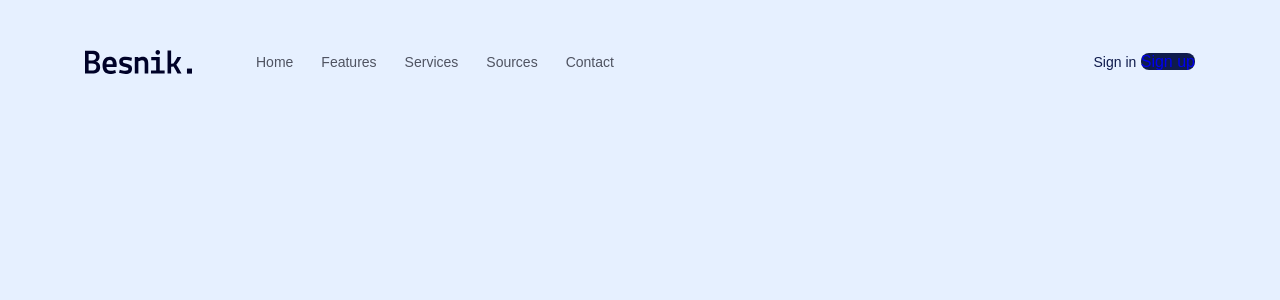
Repository: Daidoichihuy/project-01
Page: index.html
These files come from the project's save history. The page is drawn as it stood at one moment and after the next save; the edit follows.
The browser window is 1280 px wide. The pictures show the whole page.

Above is the page before, as saved 2024-04-28 10:33:45.

### index.html
<!DOCTYPE html>
<html lang="en">
  <head>
    <meta charset="UTF-8" />
    <meta name="viewport" content="width=device-width, initial-scale=1.0" />
    <title>Project_01</title>
    <link rel="stylesheet" href="./assets/css/reset.css" />
    <link rel="stylesheet" href="./assets/fonts/stylefont.css" />
    <link rel="stylesheet" href="./assets/css/style.css" />
  </head>
  <body>
    <main>
      <header class="header">
        <div class="content">
          <nav class="navbar">
            <!-- LOGO -->
            <img src="./assets/imgs/Logo.svg" alt="Besnik." />
            <!-- NAVIGATION -->
            <ul>
              <li><a href="#!">Home</a></li>
              <li><a href="#!">Features</a></li>
              <li><a href="#!">Services</a></li>
              <li><a href="#!">Sources</a></li>
              <li><a href="#!">Contact</a></li>
            </ul>
            <!-- ACTIVE -->
            <div class="action">
              <a href="#!" class="action-link">Sign in</a>
              <a href="#!" class="btn">Sign up</a>
            </div>
          </nav>
        </div>
      </header>
    </main>
  </body>
</html>

### assets/fonts/stylefont.css
@font-face {
  font-family: "DVN-Poppins";
  src: url("poppins/DVNPoppins-Regular.woff2") format("woff2"),
    url("poppins/DVNPoppins-Regular.woff") format("woff");
  font-weight: normal;
  font-style: normal;
  font-display: swap;
}

@font-face {
  font-family: "DVN-Poppins ExtBd";
  src: url("poppins/DVNPoppins-ExtraBold.woff2") format("woff2"),
    url("poppins/DVNPoppins-ExtraBold.woff") format("woff");
  font-weight: bold;
  font-style: normal;
  font-display: swap;
}

### assets/css/style.css
* {
  box-sizing: border-box;
}

html {
  font-size: 62.5%;
}

body {
  font-size: 1.6rem;
  font-family: "poppins", sans-serif;
}

/* COMMON */
.content {
  width: 1110px;
  margin-left: auto;
  margin-right: auto;
}

a {
  text-decoration: none;
}

.btn {
  min-width: 98px;
  border-radius: 8px;
  background: #0f1b4c;
}

/* HEADER*/
.header {
  background: #e6f0ff;
  height: 100vh;
}

.navbar {
  display: flex;
  align-items: center;
  padding-top: 50px;
}

.navbar ul {
  display: flex;
  margin-left: 50px;
}

.navbar ul li a {
  font-weight: 500;
  font-size: 1.4rem;
  color: #4f5361;
  padding: 8px 14px;
}
.navbar .action {
  margin-left: auto;
}

.navbar .action-link {
  font-size: 1.4rem;
  font-weight: 500;
  color: #0f1b4c;
}

Loaded but not shown: assets/css/reset.css (common file)

After the next save:
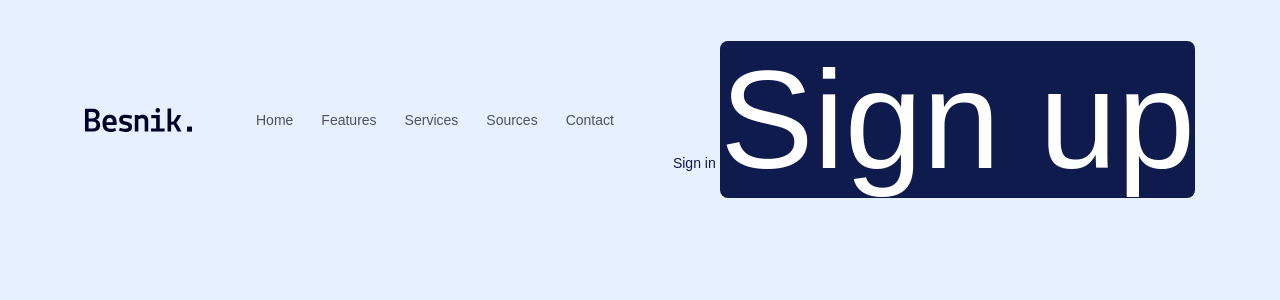
Saved 111 s later.
--- a/assets/css/style.css
+++ b/assets/css/style.css
@@ -26,6 +26,10 @@
   min-width: 98px;
   border-radius: 8px;
   background: #0f1b4c;
+  color: #fff;
+  text-align: center;
+  font-size: 14rem;
+  font-weight: 500;
 }
 
 /* HEADER*/

After the save that followed:
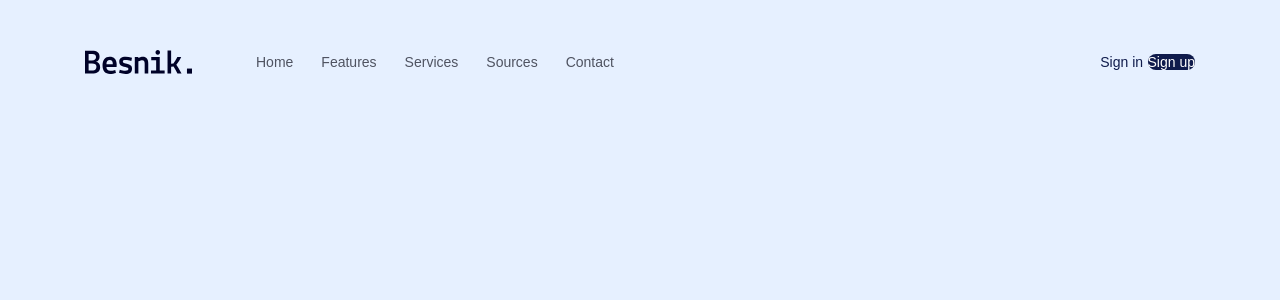
Saved 14 s later.
--- a/assets/css/style.css
+++ b/assets/css/style.css
@@ -28,7 +28,7 @@
   background: #0f1b4c;
   color: #fff;
   text-align: center;
-  font-size: 14rem;
+  font-size: 1.4rem;
   font-weight: 500;
 }
 
